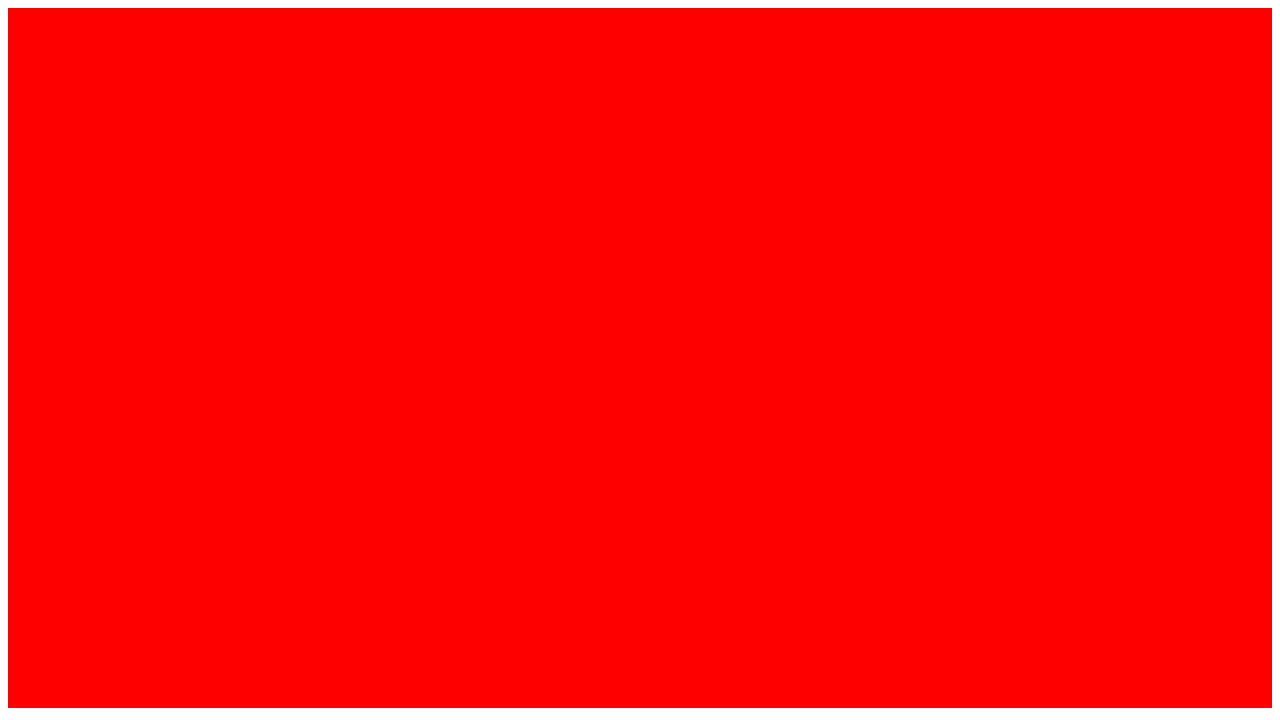
Repository: DNoel26/My_Dev_Portfolio
Page: index.html
An editor plug-in stored every save of this project. The page is shown before and after a run of saves, followed by the edit.
The browser window is 1280 px wide. The pictures show the whole page.

Above is the page before, as saved 2021-01-23 03:21:37.

### index.html
<!DOCTYPE html>
<html lang="en">
<head>
    <meta charset="UTF-8">
    <meta name="viewport" content="width=device-width, initial-scale=1.0">
    <title>Homepage | Darnell Noel | Professional Portfolio | Full Stack Web Development</title>
    <link rel="stylesheet" href="/css/style.css">
</head>
<body>
    <header>
        <div>
            <svg viewBox="0 0 200 200" xmlns="http://www.w3.org/2000/svg">
                <path fill="#45A29E" d="M45.8,-76.7C59.5,-71.3,70.9,-59.4,77.1,-45.6C83.2,-31.7,84.1,-15.8,84.8,0.4C85.4,16.6,85.9,33.2,78.2,44.4C70.5,55.6,54.6,61.4,40.2,65.7C25.9,70.1,12.9,72.9,-0.9,74.5C-14.7,76,-29.4,76.2,-41.2,70.4C-53,64.5,-61.8,52.7,-69.1,39.9C-76.3,27.2,-82,13.6,-82.4,-0.2C-82.7,-14,-77.7,-28,-69.4,-38.9C-61,-49.7,-49.4,-57.5,-37.2,-63.8C-25.1,-70,-12.6,-74.8,1.7,-77.8C16,-80.8,32,-82,45.8,-76.7Z" transform="translate(100 100)" />
            </svg>
        </div>
    </header>
    <main>

    </main>
    <footer>

    </footer>
</body>
</html>

### css/style.css
header {
    height: 700px;
    background-color: red;
}

div {
    height: 200px;
    background-image: url();
}

svg {
    height: 100%;
    opacity: 0;
}

After the next 3 saves:
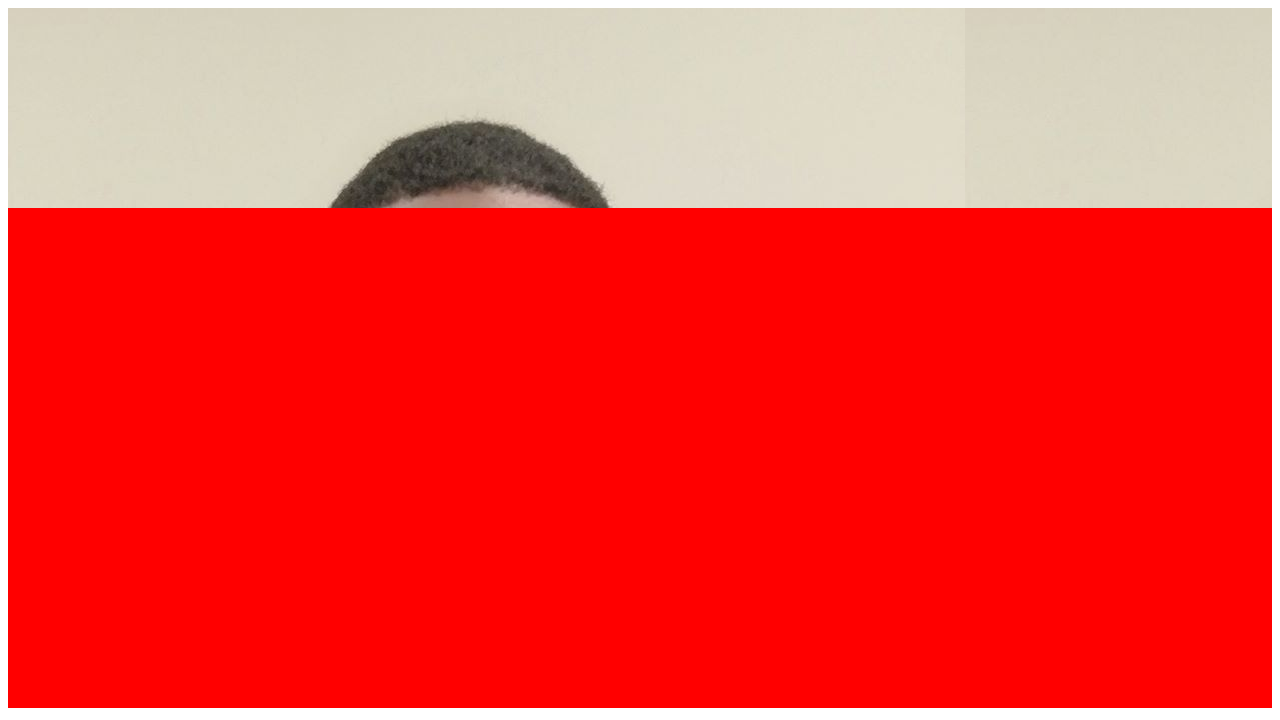
The 3 saves are shown as one change because they came seconds apart.
The last was saved 6 s later.
--- a/css/style.css
+++ b/css/style.css
@@ -5,7 +5,7 @@
 
 div {
     height: 200px;
-    background-image: url();
+    background-image: url("../img/profile_pic.jpg");
 }
 
 svg {
